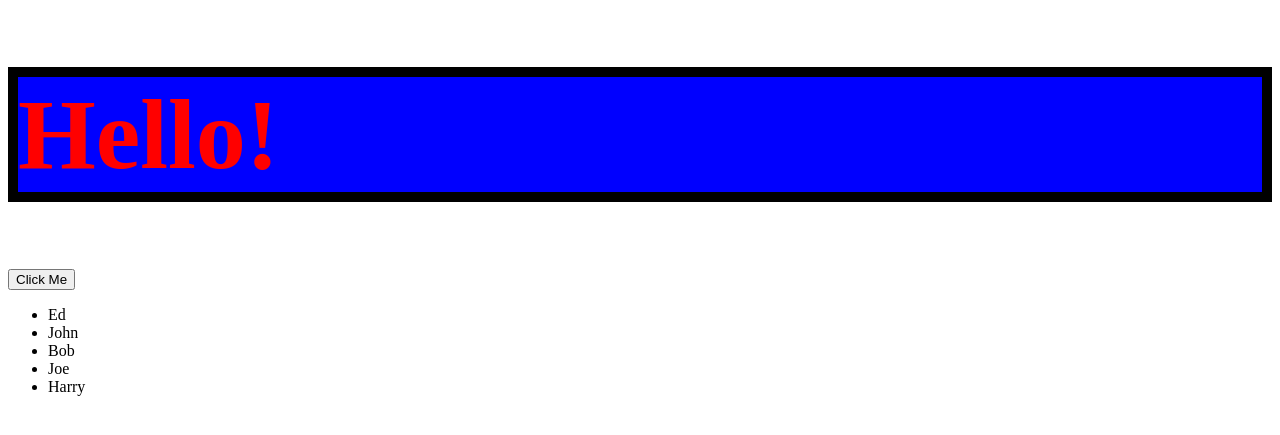
Repository: jnguyen113/DOM-Manipulation
Page: index.html
The author's editor kept a copy of each file at every save. The page is drawn from the files as they stood at one save, then again after the next save.
The browser window is 1280 px wide. The pictures show the whole page.

Above is the page before, as saved 2020-06-12 11:03:50.

### index.html
<!DOCTYPE html>
<html>
<link rel="stylesheet" href="style.css">
<body>
    <h1 class="title">Hello!</h1>
    <button class = "changeColor">Click Me</button>

    <ul class="name-list">
        <li>Ed</li>
        <li>John</li>
        <li>Bob</li>
        <li>Joe</li>
        <li>Harry</li>

    </ul>
</body>
<script src="main.js"></script>

</html>

### style.css
.change{
    color: lightblue;
    font-size: 100px;
    border: 10px solid black;

}

### main.js
const text = document.querySelector('.title');
const changeColor = document.querySelector('.changeColor');
// changeColor.addEventListener('click', function(){
//     text.classList.toggle("change");
// })
const userList = document.querySelectorAll('.name-list li');
    console.log(userList);
for(user of userList){
    user.addEventListener('click',function(){
        console.log(this);
    });
}
text.style.color = 'red';
text.style.backgroundColor = 'blue';
text.classList.add("change");

After the next save:
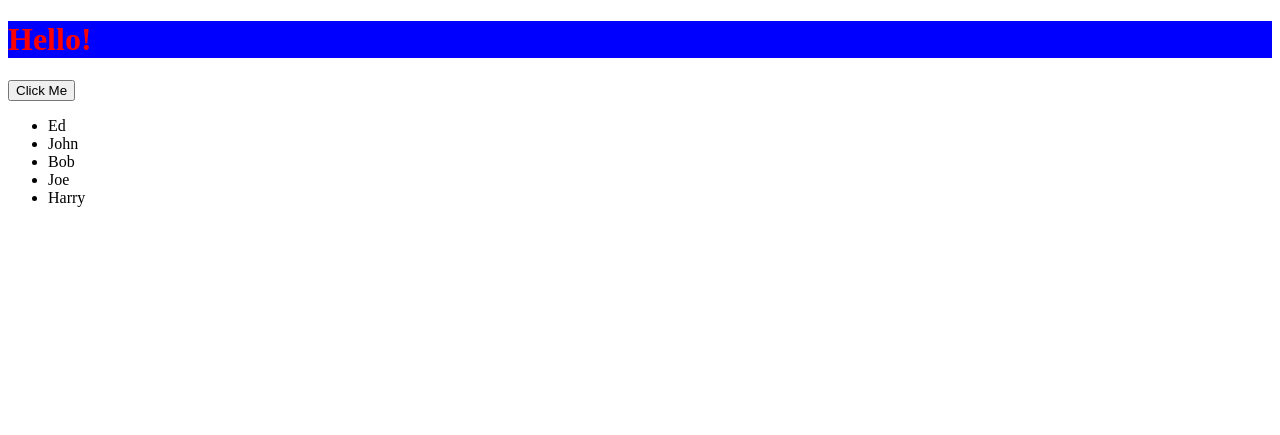
Saved 39 s later.
--- a/main.js
+++ b/main.js
@@ -12,4 +12,3 @@ for(user of userList){
 }
 text.style.color = 'red';
 text.style.backgroundColor = 'blue';
-text.classList.add("change");

After the save that followed:
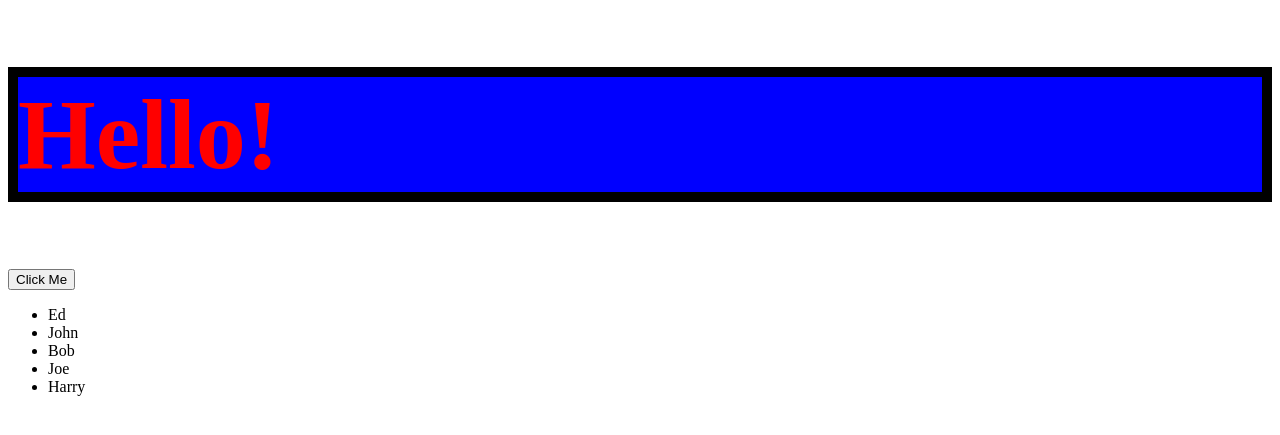
Saved 7 s later.
--- a/main.js
+++ b/main.js
@@ -12,3 +12,4 @@ for(user of userList){
 }
 text.style.color = 'red';
 text.style.backgroundColor = 'blue';
+text.classList.add("change");
